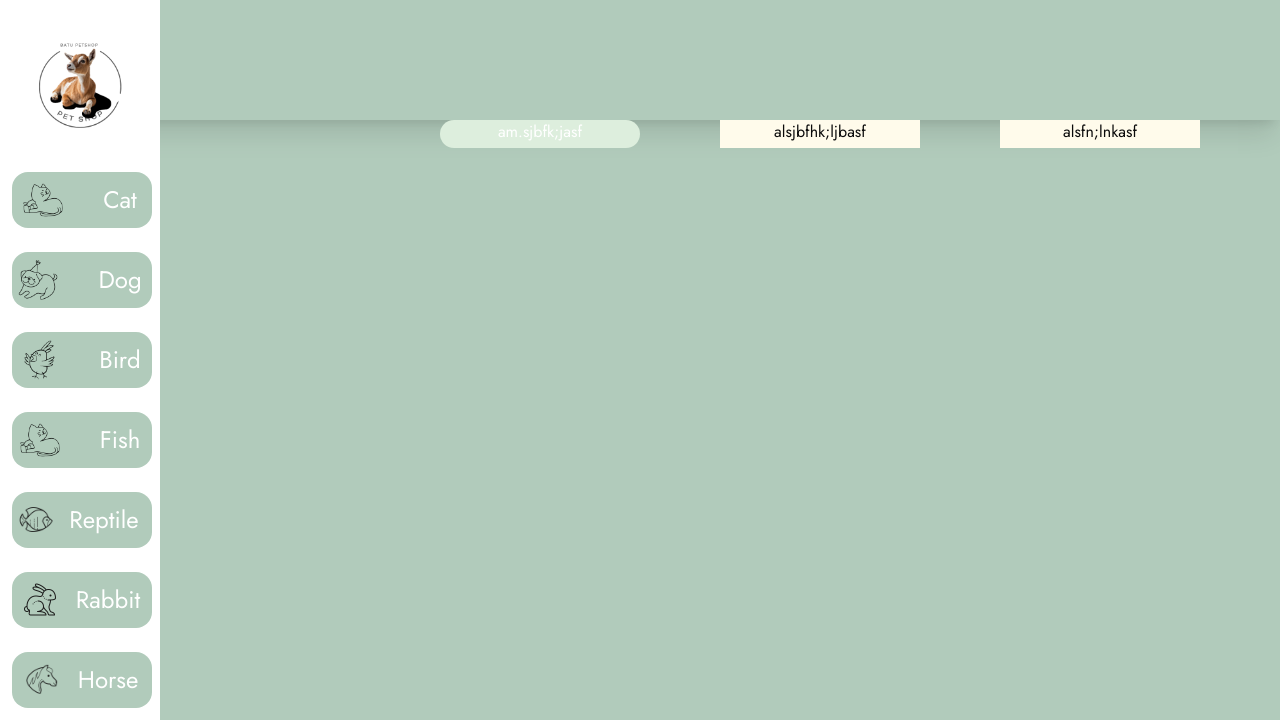
Repository: batu-call/batu-petshop
Page: /main (app in petshopp-appAdmin/admin/)
An editor plug-in stored every save of this project. The page is shown before and after the next save, followed by the edit.
The browser window is 1280 px wide. The pictures show the whole page.
The project was rebuilt for these pictures with package versions that can differ from the ones it lists, and the page was loaded fresh each time. The framework's server and built-in components were replaced by stand-ins that run in the browser. Also part of the build but not shown: petshopp-appAdmin/admin/next.config.ts.

Above is the page before, as saved 2025-09-20 00:16:29.

After the next save:
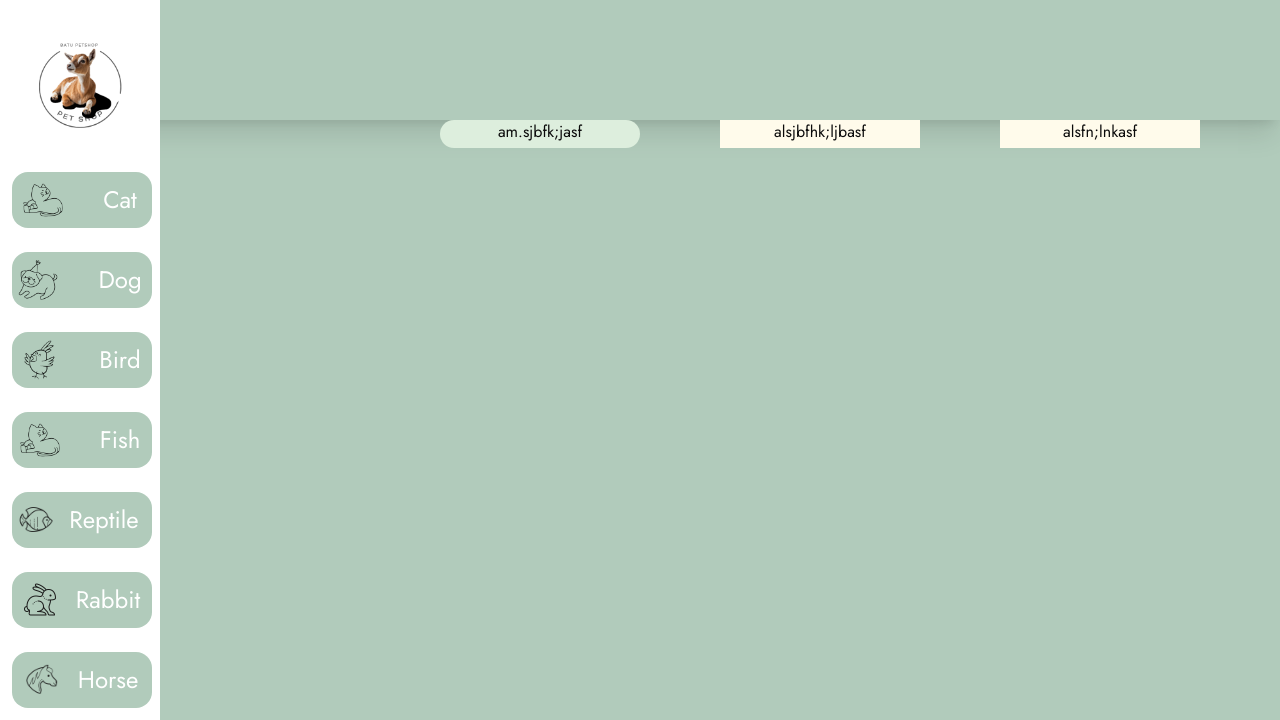
Saved 10 s later.
--- a/petshopp-appAdmin/admin/src/app/Navbar/page.tsx
+++ b/petshopp-appAdmin/admin/src/app/Navbar/page.tsx
@@ -16,7 +16,7 @@ const page = () => {
       </Link>
       <div className='flex gap-20 items-center justify-center absolute right-20'>
         <div className='bg-amber-50 w-50 h-7 rounded-xl bg-secondary'>
-        <h3 className='items-center flex justify-center text-white text-jost text'>am.sjbfk;jasf</h3>
+        <h3 className='items-center flex justify-center  text-jost text'>am.sjbfk;jasf</h3>
         </div>
         <div className='bg-amber-50 w-50 h-7'>
         <h3 className='items-center flex justify-center'>alsjbfhk;ljbasf</h3>
